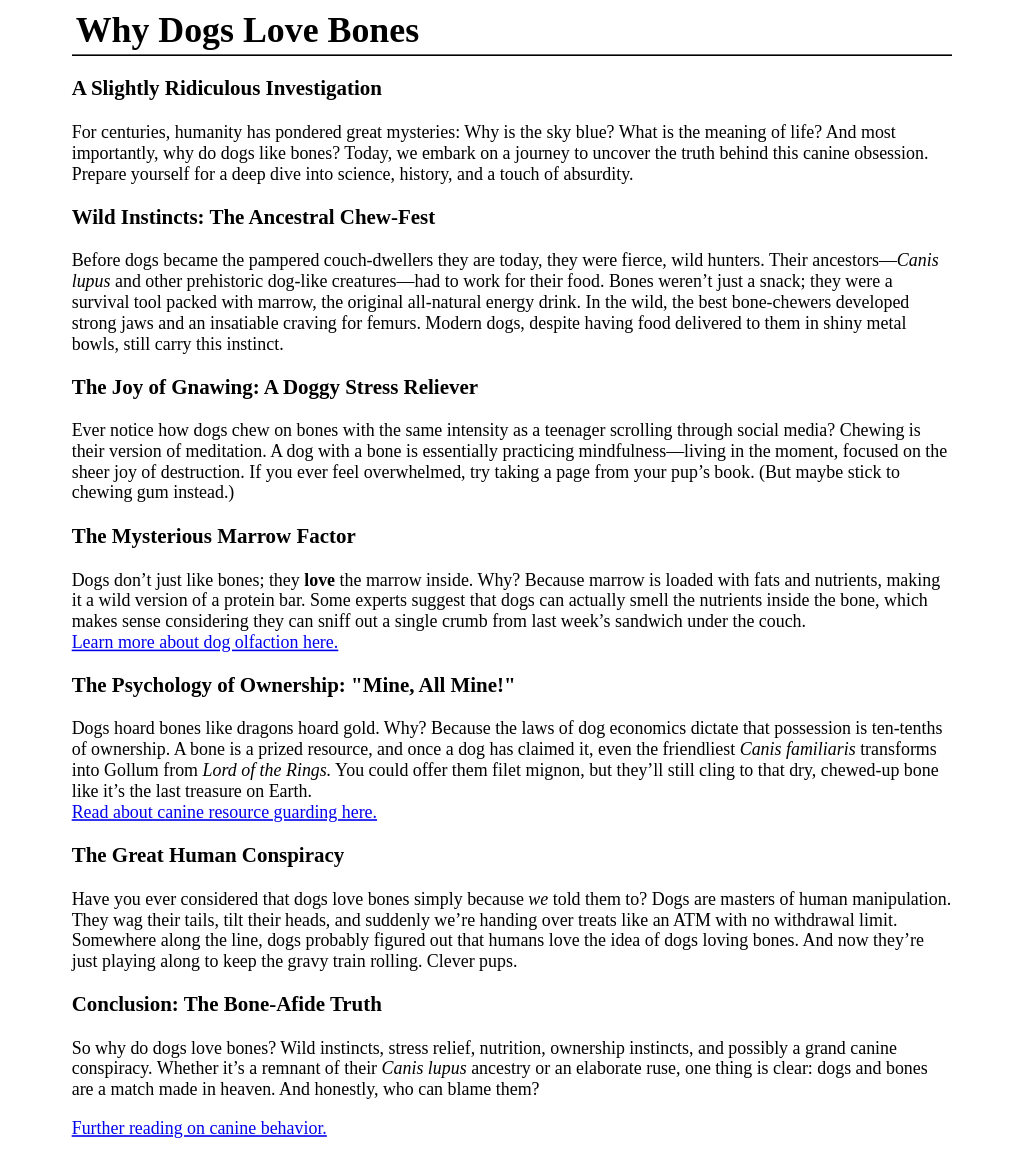
Repository: Leith-vdl/apprentice-challenge-1
Page: index.html
The author's editor kept a copy of each file at every save. The page is drawn from the files as they stood at one save, then again after the next save.
The browser window is 1280 px wide. The pictures show the whole page, at 80% of full size.

Above is the page before, as saved 2025-01-31 15:16:45.

After the next save:
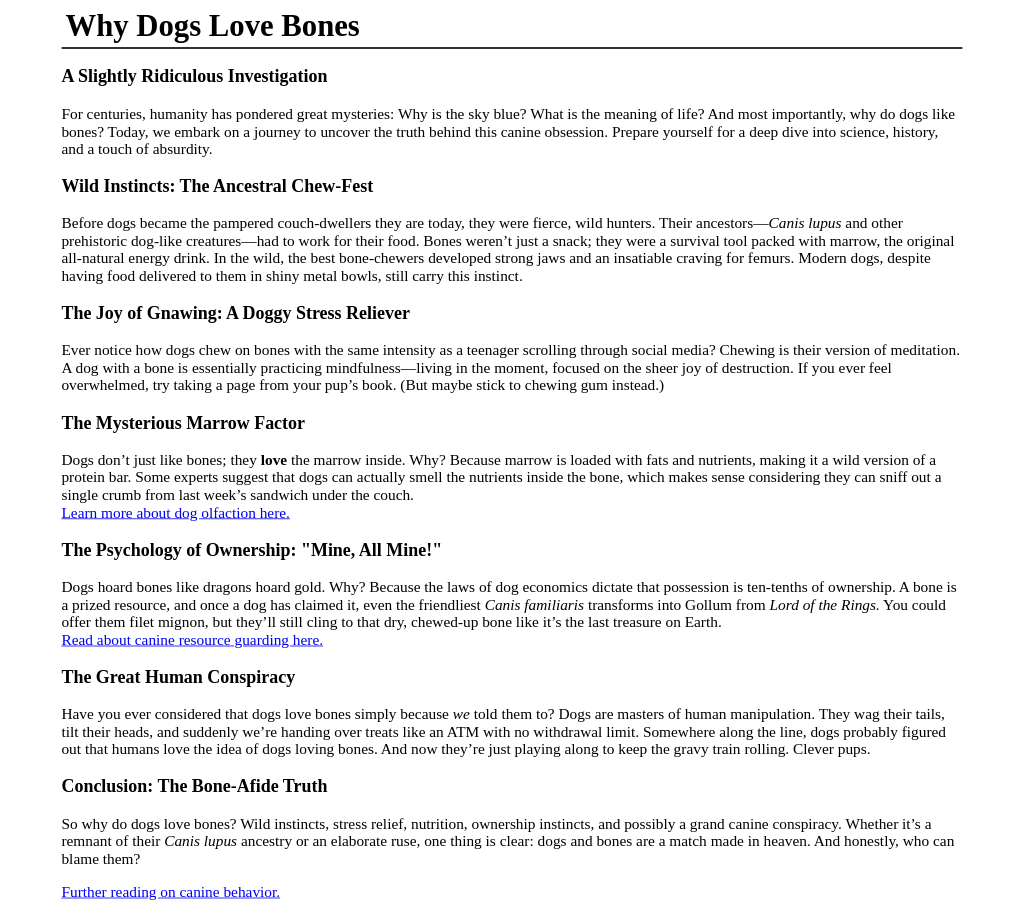
Saved 7 s later.
--- a/styles/styles.css
+++ b/styles/styles.css
@@ -1,6 +1,6 @@
 body {
     margin: 0.5em 4em;
-    font-size: 1.4em;
+    font-size: 1.2em;
 }
 
 .page-header {
